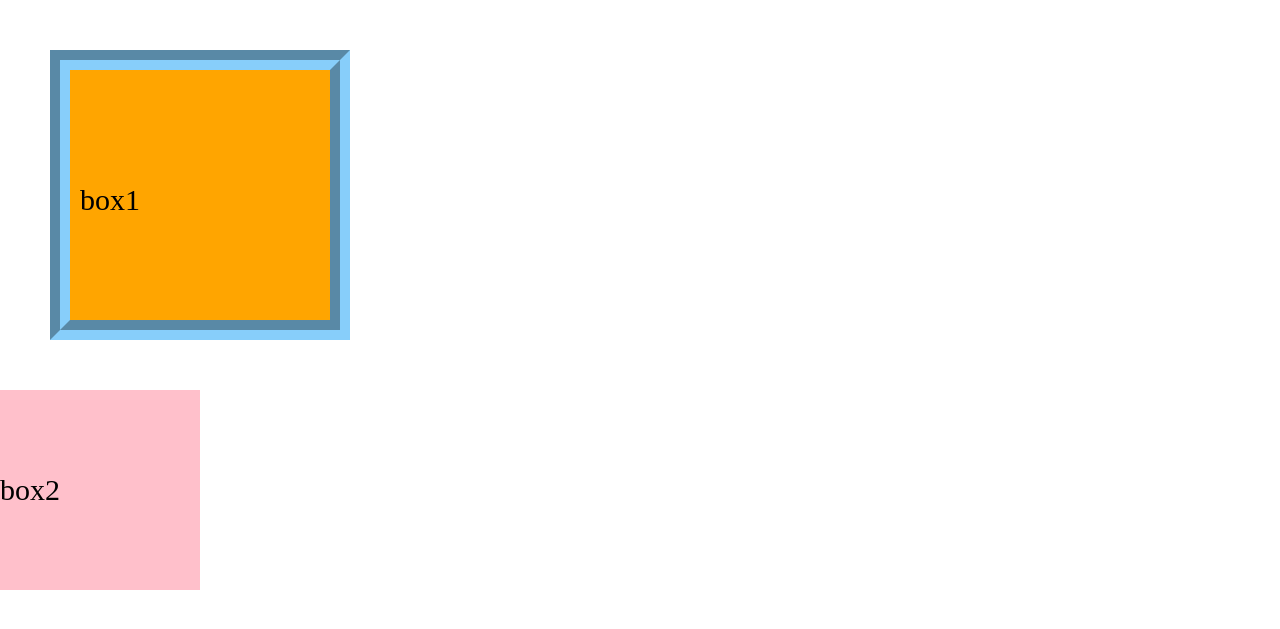
Repository: gwonjunsu95/html5
Page: html5/WebContent/day0203.html
These files come from the project's save history. The page is drawn as it stood at one moment and after the next save; the edit follows.
The browser window is 1280 px wide. The pictures show the whole page.

Above is the page before, as saved 2020-04-17 05:21:48.

After the next save:
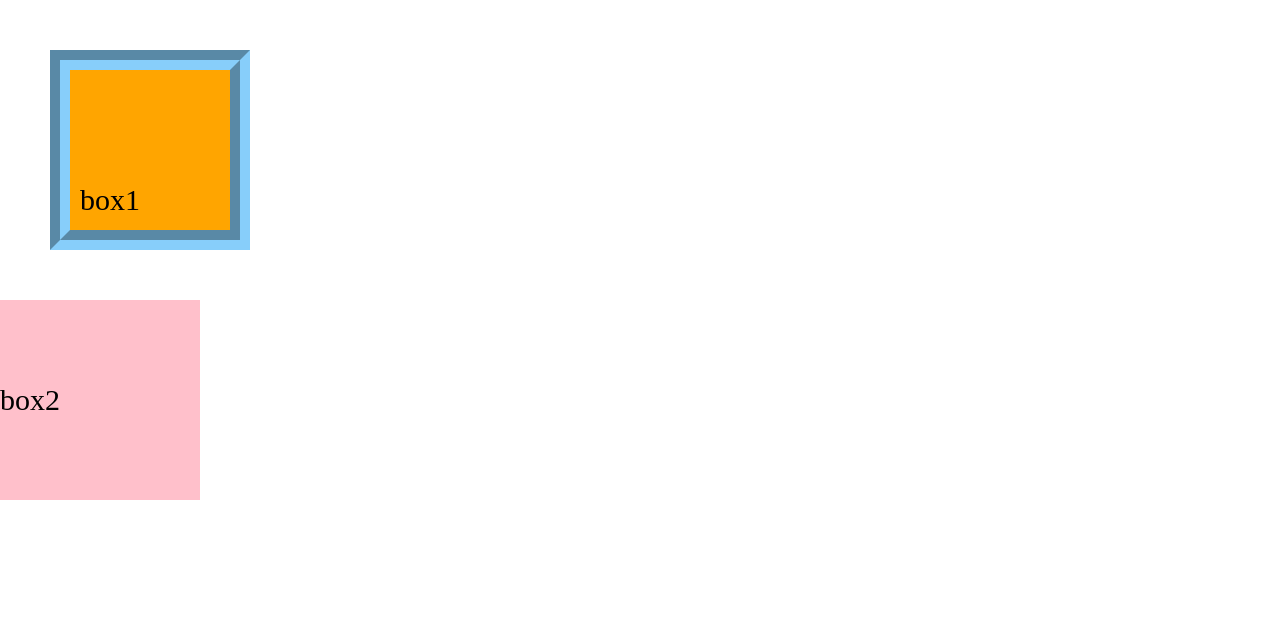
Saved 4 min 33 s later.
--- a/html5/WebContent/day0203.html
+++ b/html5/WebContent/day0203.html
@@ -65,6 +65,7 @@
 		border-style: groove;
 
 		margin : 50px;
+		box-sizing: border-box;
 		}
 
 	#box2{

After the save that followed:
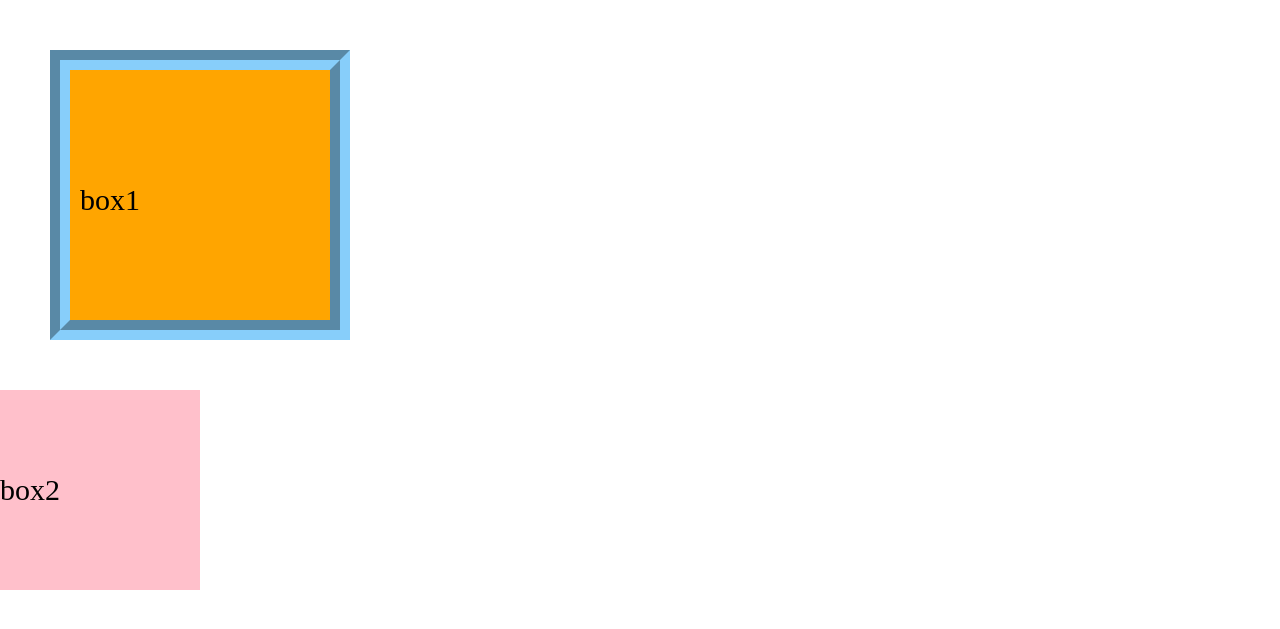
Saved 21 s later.
--- a/html5/WebContent/day0203.html
+++ b/html5/WebContent/day0203.html
@@ -65,7 +65,7 @@
 		border-style: groove;
 
 		margin : 50px;
-		box-sizing: border-box;
+		box-sizing: content-box;
 		}
 
 	#box2{
